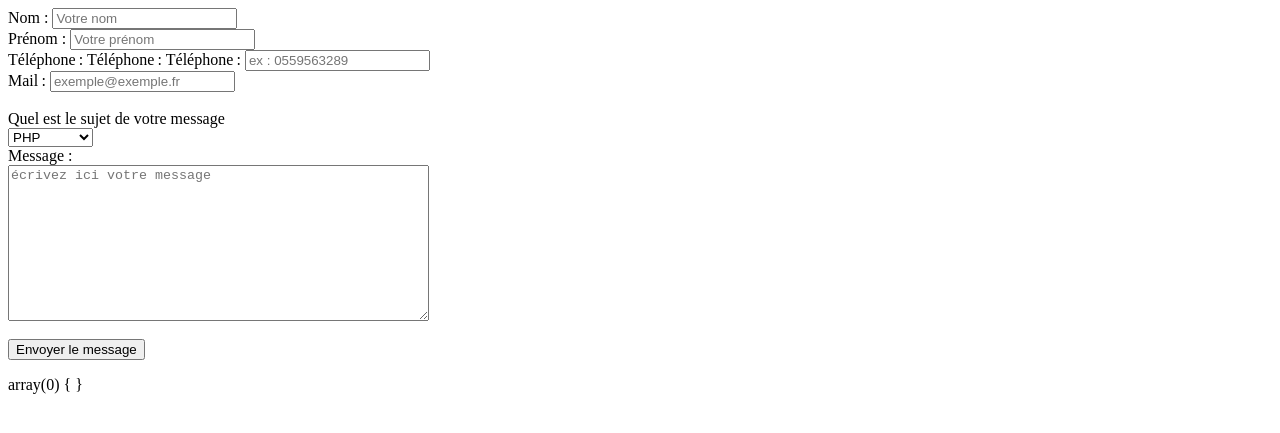
Repository: Val712/quete-Formulaires
Page: http://localhost/form.php
The author's editor kept a copy of each file at every save. The page is drawn from the files as they stood at one save, then again after the next save.
The browser window is 1280 px wide. The pictures show the whole page.
The page is run by PHP 8.4 with error messages shown; the project is at /var/www/html/.

Above is the page before, as saved 2019-08-25 11:34:01.

### form.php
<form  action="form.php"  method="post">
    <div>
        <label for="name">Nom :</label>
        <input type="text" id="name" name="user_name" value="" required placeholder="Votre nom" maxlength="15">
    </div>
    <label for="prenom">Prénom :</label>
        <input type="text" id="prenom" name="user_prenom" value="" required placeholder="Votre prénom"maxlength="15">
    </div>
    <div>
        <label for="tel">Téléphone :</label>
        <label for="tel">Téléphone :</label>
        <label for="tel">Téléphone :</label>
        <input type="tel" id="tel" name="user_tel" required placeholder="ex : 0559563289"pattern="[0-9]{2}-[0-9]{2}-[0-9]{2}-[0-9]{2}-[0-9]{2}-[0-9]{2}-[0-9]{2}-[0-9]{2}-[0-9]{2}-[0-9]{2}-[0-9]{2}" >
    </div>
    <div>
        <label for="mail">Mail :</label>
        <input type="email" id="mail" name="user_mail" required placeholder="exemple@exemple.fr" maxlength="30">
    </div></br>

    <label for="sujet">Quel est le sujet de votre message</label><br />
       <select name="sujet" id="sujet" required>
           <option value="PHP">PHP</option>
           <option value="Unix">Unix</option>
           <option value="Integration">Intégration</option>
           <option value="git">Git</option>
           <option value="CSS">CSS</option>
           <option value="HTML">HTML</option>
       </select></br>

    <div>
        <label for="msg">Message :</label> </br>
        <textarea id="msg" name="user_message" required placeholder="écrivez ici votre message"rows="10" cols="50"></textarea>
    </div> </br>

    <div class="button">
        <button type="submit">Envoyer le message</button>
    </div>
</form>


<?php
  var_dump($_POST);
?>

After the next save:
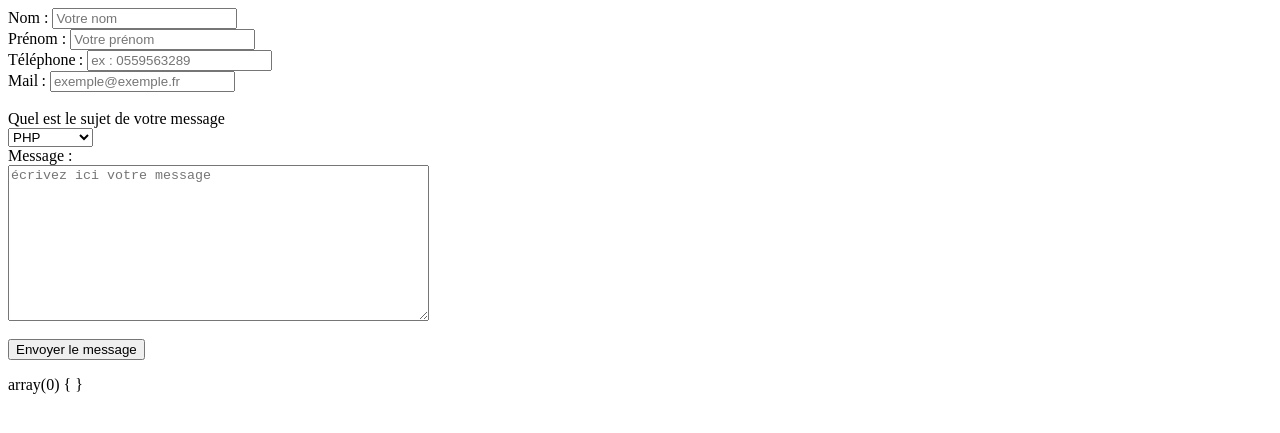
Saved 80 s later.
--- a/form.php
+++ b/form.php
@@ -7,8 +7,6 @@
         <input type="text" id="prenom" name="user_prenom" value="" required placeholder="Votre prénom"maxlength="15">
     </div>
     <div>
-        <label for="tel">Téléphone :</label>
-        <label for="tel">Téléphone :</label>
         <label for="tel">Téléphone :</label>
         <input type="tel" id="tel" name="user_tel" required placeholder="ex : 0559563289"pattern="[0-9]{2}-[0-9]{2}-[0-9]{2}-[0-9]{2}-[0-9]{2}-[0-9]{2}-[0-9]{2}-[0-9]{2}-[0-9]{2}-[0-9]{2}-[0-9]{2}" >
     </div>
